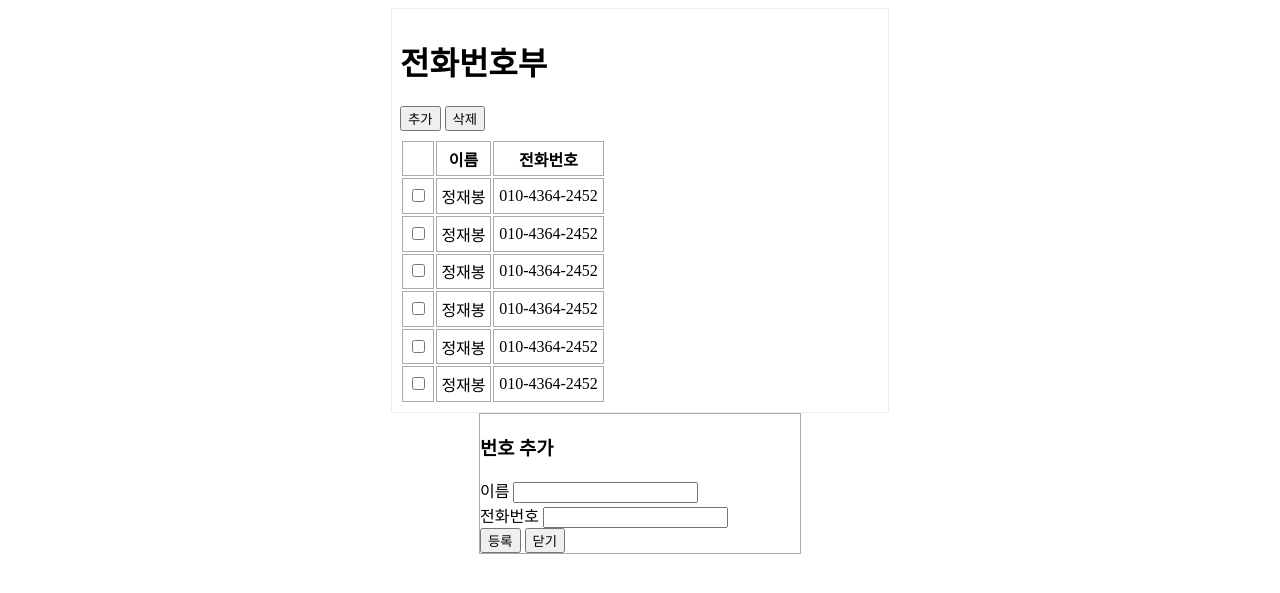
Repository: limjh0513/DGSW_JAVA
Page: http://localhost/web/phoneBook/phoneBook.html
An editor plug-in stored every save of this project. The page is shown before and after the next save, followed by the edit.
The browser window is 1280 px wide. The pictures show the whole page.
The page is served by Tomcat 9. Other server files are loaded and not shown.

Above is the page before, as saved 2021-11-03 02:23:26.

### 2학기/JAVA_WEB/web/src/main/webapp/phoneBook/phoneBook.html
<!DOCTYPE html>
<html>
<head>
<meta charset="EUC-KR">
<title>전화번호부</title>
<link rel="stylesheet" href="css/phoneBook.css" />
</head>
<body>
	<div class="main">
		<h1>전화번호부</h1>
		<div class="btn">
			<button>추가</button>
			<button>삭제</button>
		</div>

		<table>
			<thead>
				<tr class="list">
					<th></th>
					<th>이름</th>
					<th>전화번호</th>
				</tr>
			</thead>
			<tbody>
				<tr class="list">
					<td><input type="checkbox" /></td>
					<td>정재봉</td>
					<td>010-4364-2452</td>
				</tr>
			<tbody>
				<tr class="list">
					<td><input type="checkbox" /></td>
					<td>정재봉</td>
					<td>010-4364-2452</td>
				</tr>
			<tbody>
				<tr class="list">
					<td><input type="checkbox" /></td>
					<td>정재봉</td>
					<td>010-4364-2452</td>
				</tr>
			<tbody>
				<tr class="list">
					<td><input type="checkbox" /></td>
					<td>정재봉</td>
					<td>010-4364-2452</td>
				</tr>
			<tbody>
				<tr class="list">
					<td><input type="checkbox" /></td>
					<td>정재봉</td>
					<td>010-4364-2452</td>
				</tr>
			<tbody>
				<tr class="list">
					<td><input type="checkbox" /></td>
					<td>정재봉</td>
					<td>010-4364-2452</td>
				</tr>
		</table>
	</div>

	<div class="registerLayer">
		<h3>번호 추가</h3>
		<div>
			<label>이름</label>
			<input type="text" name="name"/>
		</div>
		<div>
			<label>전화번호</label>
			<input type="text" name="phoenNumber"/>
		</div>
		<div>
			<input type="button" value="등록"/>
			<input type="button" value="닫기"/>
		</div>
	</div>
</body>
</html>

### 2학기/JAVA_WEB/web/src/main/webapp/phoneBook/css/phoneBook.css
@charset "EUC-KR";

.main {
	width: 30rem;
	border: 1px solid #EEE;
	margin: 0 auto 0 auto;
	padding: 0.5rem;
}

.btn{
	text-align: rigth;
	padding-right: 3rem;
	margin-bottom: 0.5rem;
}

.list{
	width: 95%;
	margin: 0 auto 0 auto;
	border-collapse: collapse;
}

.list th, td{
	border: 1px solid #AAA;
	padding: 0.3rem;
	text-align: center;
}

.registerLayer{
	width: 20rem;
	margin: 0 auto 0 auto;
	border: 1px solid #AAA
}

After the next save:
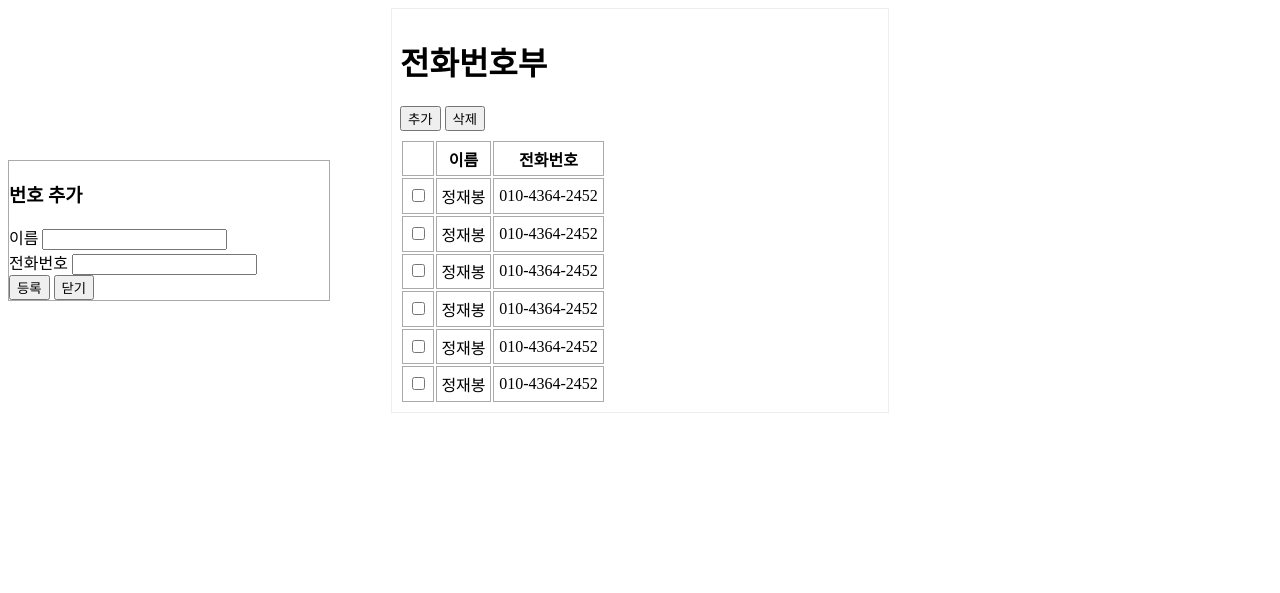
Saved 27 s later.
--- a/2학기/JAVA_WEB/web/src/main/webapp/phoneBook/css/phoneBook.css
+++ b/2학기/JAVA_WEB/web/src/main/webapp/phoneBook/css/phoneBook.css
@@ -28,5 +28,7 @@
 .registerLayer{
 	width: 20rem;
 	margin: 0 auto 0 auto;
-	border: 1px solid #AAA
+	border: 1px solid #AAA;
+	position: fixed;
+	top: 10rem;
 }
